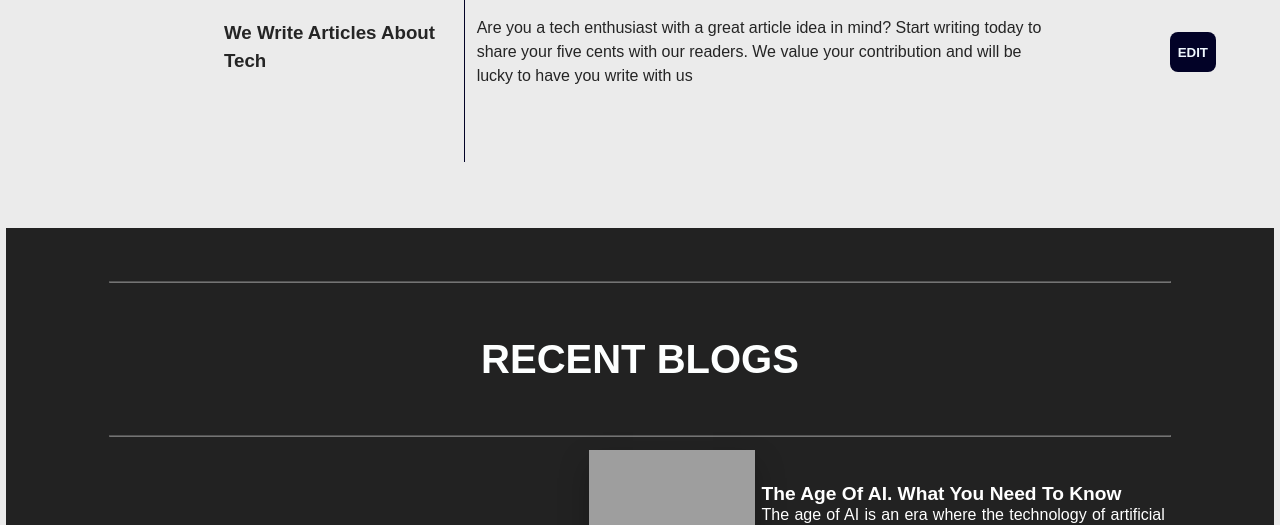
Repository: ValGrace/-static-site
Page: / (app in client/)
The author's editor kept a copy of each file at every save. The page is drawn from the files as they stood at one save, then again after the next save.
The browser window is 1280 px wide. The pictures show the part of the page from y = 504 to 1029 px (the page is 1950 px tall).
Pictures or frames that could not be fetched are drawn as grey boxes. The project was rebuilt for these pictures with package versions that can differ from the ones it lists, and the page was loaded fresh each time. Also part of the build but not shown: client/vite.config.js, client/src/Components/Login.jsx, client/src/Components/Signup.jsx, client/src/Pages/aboutPage.jsx, client/src/Pages/Articles.jsx.

Above is the page before, as saved 2023-07-02 11:44:44.

After the next save:
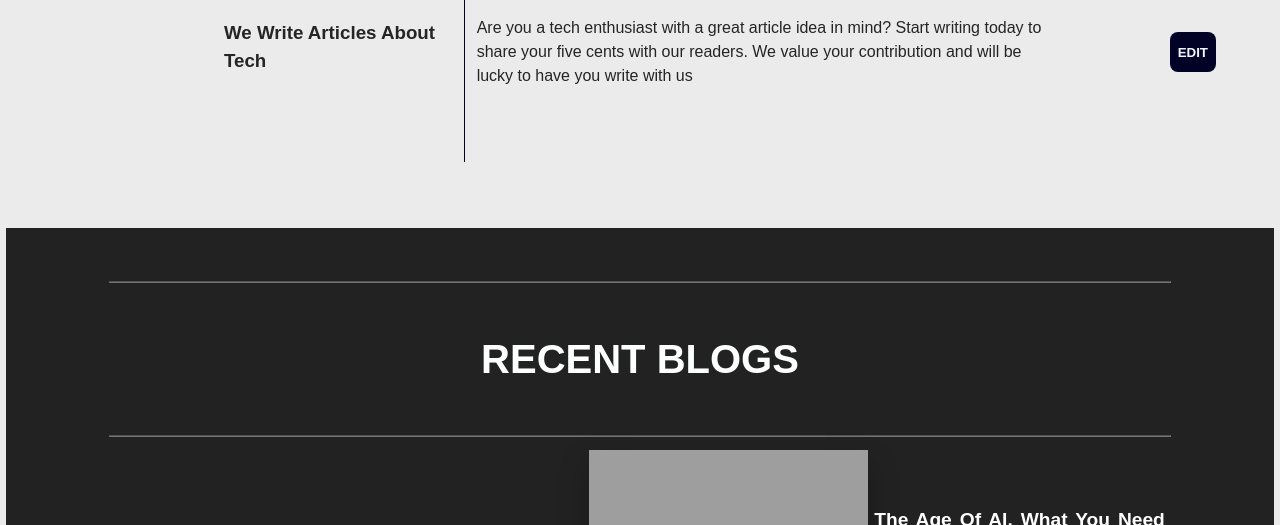
Saved 2 min 11 s later.
--- a/client/src/Components/MidSection.jsx
+++ b/client/src/Components/MidSection.jsx
@@ -32,7 +32,7 @@ function MidSection() {
             </div>
             <div className="side-blogs">
                 <h4>The age of aI. What you need to know</h4>
-                <p>The age of AI is an era where the technology of artificial intelligence is being used to reshape and reimagine our world.</p>
+                {/* <p>The age of AI is an era where the technology of artificial intelligence is being used to reshape and reimagine our world.</p> */}
             </div>
 
             </div>
